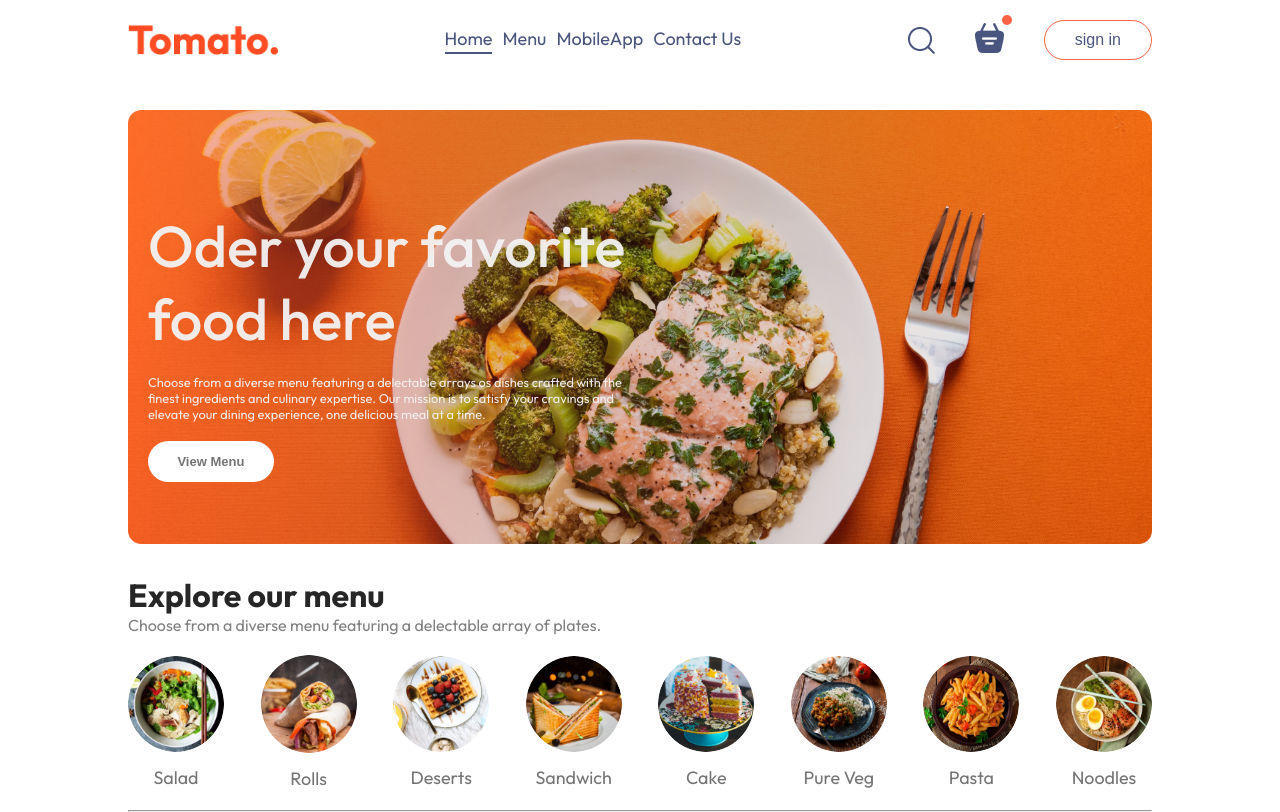
Repository: guilhermecardoso93/tomato-front-end
Page: /
The author's editor kept a copy of each file at every save. The page is drawn from the files as they stood at one save, then again after a run of saves.
The browser window is 1280 px wide. The pictures show the whole page.
The project was rebuilt for these pictures with package versions that can differ from the ones it lists, and the page was loaded fresh each time. Also part of the build but not shown: vite.config.js, src/pages/Cart/styles.css, src/pages/Cart/index.jsx, src/pages/PlaceOrder/styles.css, src/pages/PlaceOrder/index.jsx.

Above is the page before, as saved 2024-10-29 20:57:39.

After the next 2 saves:
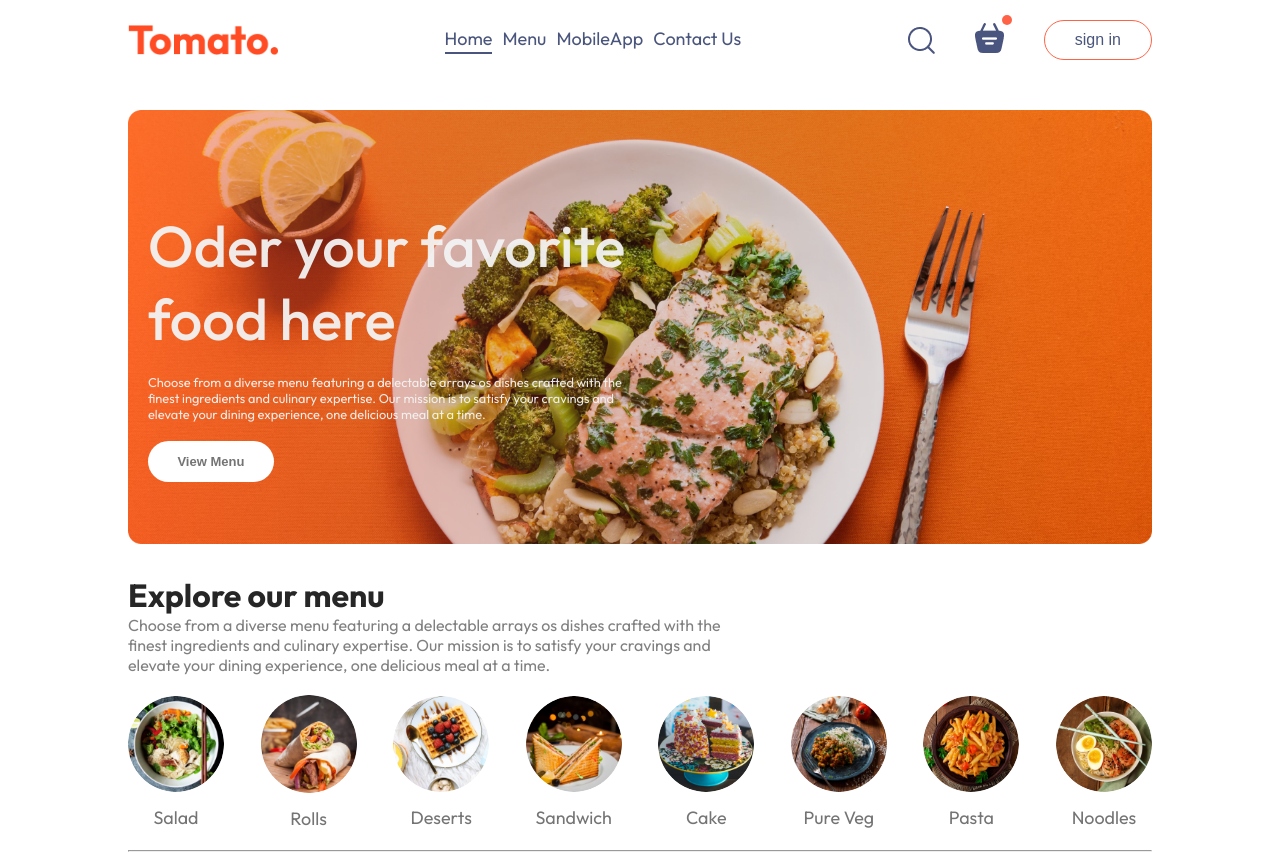
The 2 saves are shown as one change because they came seconds apart.
The last was saved 46 s later.
--- a/src/components/ExplorerMenu/index.jsx
+++ b/src/components/ExplorerMenu/index.jsx
@@ -6,7 +6,10 @@ export const ExplorerMenu = () => {
     <div className="explorer-menu" id="explore-menu">
       <h1>Explore our menu</h1>
       <p className="explore-menu-text">
-        Choose from a diverse menu featuring a delectable array of plates.
+        Choose from a diverse menu featuring a delectable arrays os dishes
+        crafted with the finest ingredients and culinary expertise. Our mission
+        is to satisfy your cravings and elevate your dining experience, one
+        delicious meal at a time.
       </p>
       <div className="explore-menu-list">
         {menu_list.map((item, index) => {
@@ -18,7 +21,7 @@ export const ExplorerMenu = () => {
           );
         })}
       </div>
-      <hr/>
+      <hr />
     </div>
   );
 };
